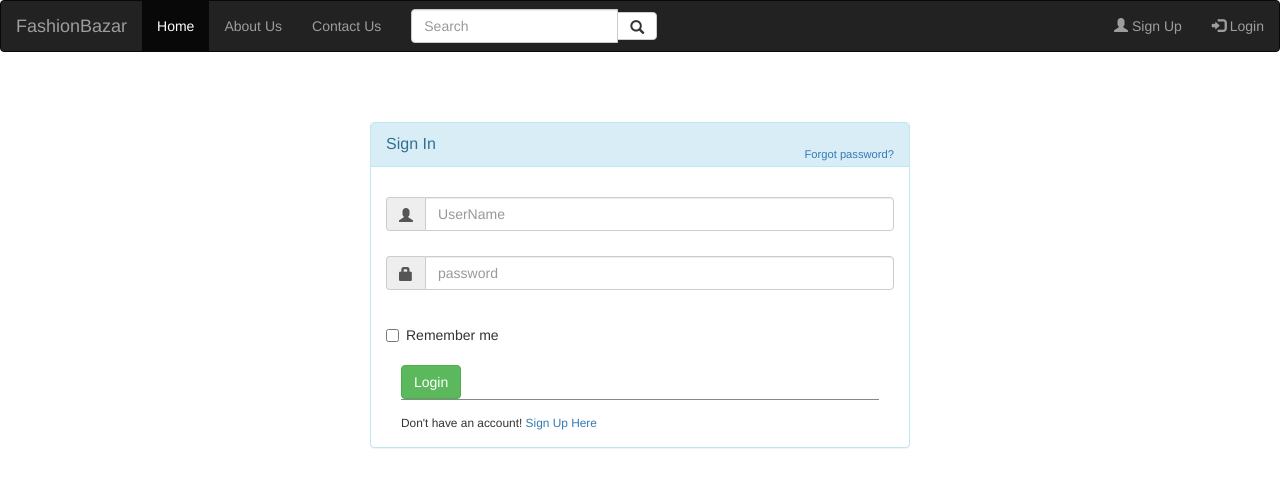
Repository: SmithaMendonca/Project-1
Page: http://localhost/FashionBazarFrontend/WEB-INF/views/Login.jsp
An editor plug-in stored every save of this project. The page is shown before and after the next save, followed by the edit.
The browser window is 1280 px wide. The pictures show the whole page.
The page is served by Tomcat 9. Nobody is signed in. Other server files are loaded and not shown. The template is opened directly, without the code that normally fills it, so the values that code supplies are empty.

Above is the page before, as saved 2019-06-06 03:49:55.

### FashionBazarFrontend/src/main/webapp/WEB-INF/views/Login.jsp
<%@include file="Header.jsp"%>

<div class="container">
        <div id="loginbox" style="margin-top:50px;" class="mainbox col-md-6 col-md-offset-3 col-sm-8 col-sm-offset-2">
            <div class="panel panel-info" >
                    <div class="panel-heading">
                        <div class="panel-title">Sign In</div>
                        <div style="float:right; font-size: 80%; position: relative; top:-10px"><a href="#">Forgot password?</a></div>
                    </div>

                    <div style="padding-top:30px" class="panel-body" >

                        <div style="display:none" id="login-alert" class="alert alert-danger col-sm-12"></div>

                        <form action="perform_login" method="post" role="form">

                            <div style="margin-bottom: 25px" class="input-group">
                                        <span class="input-group-addon"><i class="glyphicon glyphicon-user"></i></span>
                                        <input id="login-username" type="text" class="form-control" name="username" value="" placeholder="UserName">
                                    </div>

                            <div style="margin-bottom: 25px" class="input-group">
                                        <span class="input-group-addon"><i class="glyphicon glyphicon-lock"></i></span>
                                        <input id="login-password" type="password" class="form-control" name="password" placeholder="password">
                                    </div>

                                    <div class="input-group">
                                      <div class="checkbox">
                                        <label>
                                          <input id="login-remember" type="checkbox" name="remember" value="1"> Remember me
                                        </label>
                                      </div>
                                    </div>


                                <div style="margin-top:10px" class="form-group">
                                    <!-- Button -->
                                    <div class="col-sm-12 controls">
                                         <input type="submit" value="Login" class="btn btn-success"/>
                                    </div>
                                </div>


                                <div class="form-group">
                                    <div class="col-md-12 control">
                                        <div style="border-top: 1px solid#888; padding-top:15px; font-size:85%" >
                                            Don't have an account!
                                        <a href="<c:url value="/register"/>" onClick="$('#loginbox').hide(); $('#signupbox').show()">
                                            Sign Up Here
                                        </a>
                                        </div>
                                    </div>
                                </div>
                            </form>
                         </div>
                    </div>
               </div>
    </div>

</body>
</html>

### FashionBazarFrontend/src/main/webapp/WEB-INF/views/Header.jsp
<%@ page language="java" contentType="text/html"%>
<%@ taglib uri="http://java.sun.com/jsp/jstl/core" prefix="c"%>
<%@taglib prefix="form" uri="http://www.springframework.org/tags/form"%>
<html>
<head>
<title>Welcome to Fashion Bazar</title>
 <meta charset="utf-8">
 <meta name="viewport" content="width=device-width, initial-scale=1">
 <link rel="stylesheet" href="https://maxcdn.bootstrapcdn.com/bootstrap/3.4.0/css/bootstrap.min.css">
  <script src="https://ajax.googleapis.com/ajax/libs/jquery/3.4.0/jquery.min.js"></script>
  <script src="https://maxcdn.bootstrapcdn.com/bootstrap/3.4.0/js/bootstrap.min.js"></script>
</head>
<body>
	  <nav class="navbar navbar-inverse">
      <div class="container-fluid">
        <div class="navbar-header">
	         <a class="navbar-brand" href="#">FashionBazar</a>
        </div>
        <ul class="nav navbar-nav">
         <c:if test="${!sessionScope.loggedIn }">
	      <li class="active"><a href="index.jsp">Home</a></li>
          <li><a href="<c:url value="/aboutus"/>">About Us</a></li>
          <li><a href="<c:url value="/contactus"/>">Contact Us</a></li>
          <form class="navbar-form navbar-left">
  				<div class="input-group">
    			  <input type="text" class="form-control" placeholder="Search">
   				 	<div class="input-group-btn">
      				<button class="btn btn-default" type="submit">
        				<i class="glyphicon glyphicon-search"></i>
      				</button>
    				</div>
  				</div>
			</form>
         </c:if>

         <c:if test="${sessionScope.loggedIn }">
               <c:if test="${sessionScope.role=='ROLE_ADMIN' }">
	      <li><a href="<c:url value="/category"/>">Category Management</a></li>
          <li><a href="<c:url value="/product"/>">Product Management</a></li>
               </c:if>
         </c:if>

          <c:if test="${sessionScope.loggedIn }">
              <c:if test="${sessionScope.role=='ROLE_USER' }">
           <li><a href="<c:url value="/productPage"/>">Products</a></li>
          <li><a href="<c:url value="/showCart"/>">Cart</a></li>
              </c:if>
          </c:if>
       </ul>

       <ul class="nav navbar-nav navbar-right">
         <c:if test="${!sessionScope.loggedIn }">
	     	<li><a href="<c:url value="/register"/>"><span class="glyphicon glyphicon-user"></span> Sign Up</a></li>
        	 <li><a href="<c:url value="/login"/>"><span class="glyphicon glyphicon-log-in"></span> Login</a></li>
         </c:if>

         <c:if test="${sessionScope.loggedIn }">
            <li><a href="#"><span class="glyphicon glyphicon-user"></span>Hi! ${sessionScope.username}</a></li>
            <li><a href="<c:url value="/perform_logout"/>"><span class="glyphicon glyphicon-log-in"></span> Logout</a></li>
         </c:if>
       </ul>
     </div>
    </nav>
</body>
</html>

After the next save:
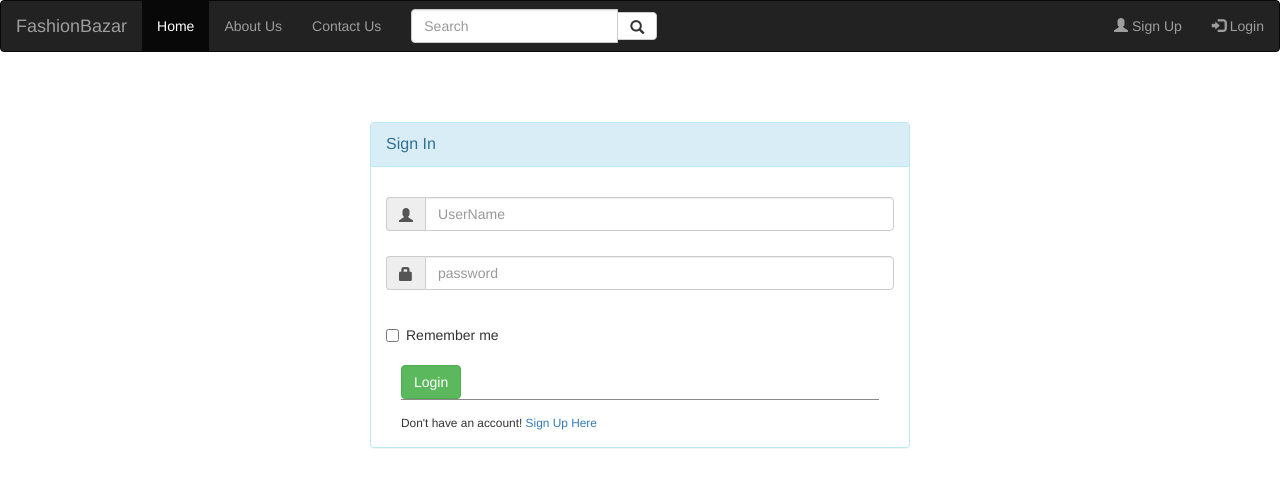
Saved 5 min 53 s later.
--- a/FashionBazarFrontend/src/main/webapp/WEB-INF/views/Login.jsp
+++ b/FashionBazarFrontend/src/main/webapp/WEB-INF/views/Login.jsp
@@ -5,7 +5,6 @@
             <div class="panel panel-info" >
                     <div class="panel-heading">
                         <div class="panel-title">Sign In</div>
-                        <div style="float:right; font-size: 80%; position: relative; top:-10px"><a href="#">Forgot password?</a></div>
                     </div>
 
                     <div style="padding-top:30px" class="panel-body" >
